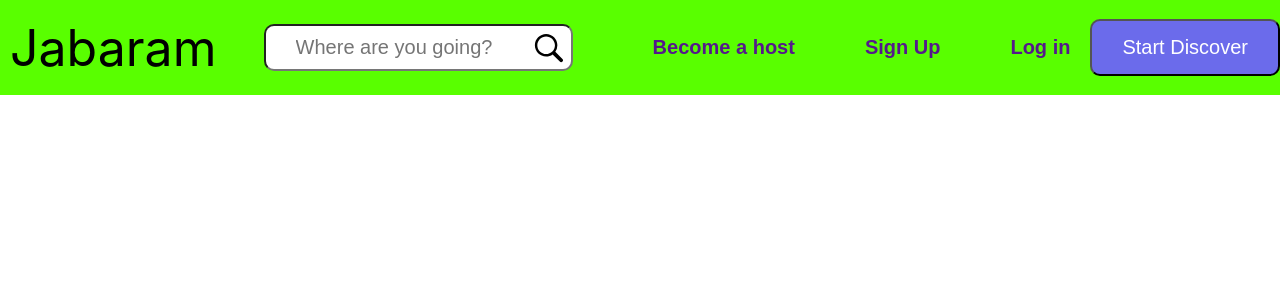
Repository: manahiang/Jabaram-web
Page: / (app in src/)
These files come from the project's save history. The page is drawn as it stood at one moment and after a run of saves; the edit follows.
The browser window is 1280 px wide. The pictures show the whole page.
The project was rebuilt for these pictures with package versions that can differ from the ones it lists, and the page was loaded fresh each time. Also part of the build but not shown: src/src/App.css.

Above is the page before, as saved 2022-11-30 10:05:56.

### src/src/index.css
body {
  margin: 0;
  padding: 0;
  font-family: -apple-system, BlinkMacSystemFont, 'Segoe UI', 'Roboto', 'Oxygen',
    'Ubuntu', 'Cantarell', 'Fira Sans', 'Droid Sans', 'Helvetica Neue',
    sans-serif;
  -webkit-font-smoothing: antialiased;
  -moz-osx-font-smoothing: grayscale;
}

code {
  font-family: source-code-pro, Menlo, Monaco, Consolas, 'Courier New',
    monospace;
}
.container{
  width: 100%;
  height: auto;
  background-color: rgb(227, 212, 194);
}
.header{
  max-width: 1780px;
  height: auto;
  background-color: rgb(89, 255, 0);
  margin: auto;
  display: flex;
  align-items: center;
  justify-content:space-between
}
.header ul li{
  display: inline-block;
  padding: 20px;
  margin-left: 20px;
  transition: all 0.5s;
}
.header ul li a{
  text-decoration: none;
  font-size: 20px;
  font-family:Arial, Helvetica, sans-serif;
  font-weight: 800;
 transition: all 0.5s;
 margin-left: 10px;
}
.header ul li:hover {
  color: rgb(41, 34, 34);
  background-color: rgb(195, 173, 173);
  border-radius: 10px;
}
.menu input{
  padding: 10px;
  outline: none;
  border-radius: 10px;
  padding-left: 30px;
  font-size: 20px;
}
.menu ul   button{
  font-size: 20px;
  background-color: rgb(107, 107, 235);
  color: white;
  padding: 15px;
  padding-left: 30px;
  padding-right: 30px;
  border-radius: 10px;
  outline: none;
  cursor: pointer;
}
.icon-search-Go{
  transform: translate(-40px,10px);
  transition: all 0.6s;
  font-size: 30px;
}
.icon-search-Go:hover{
  cursor: pointer;
  color: rgb(52, 49, 49);
}
/* Logo */

.logo{
  margin-left: 10px;
  font-size: 50px;
  cursor: pointer;
}

### src/src/App.js

import './App.css';
import'./index.css';
import Header from './header';

function App() {
  return (
    <>
    <Header/>
    </>
  );
}

export default App;

### src/src/header.js
import React from 'react'
import { GoSearch } from "react-icons/go";

function Header() {
    return (
        <div className='container'>
            <div className='header'>
                <div className='logo'>Jabaram</div>
                <div className='menu'>
                    <ul>
                        <input placeholder='Where are you going?' />
                        <GoSearch className='icon-search-Go'/>
                        <li><a href=''>Become a host</a></li>
                        <li><a href=''>Sign Up</a></li>
                        <li><a href=''>Log in</a></li>
                        <button>Start Discover</button>
                    </ul>
                </div>
            </div>
        </div>
    )
}

export default Header

Loaded but not shown: src/public/index.html (common file); src/src/index.js (common file); src/src/reportWebVitals.js (common file)

After the next 2 saves:
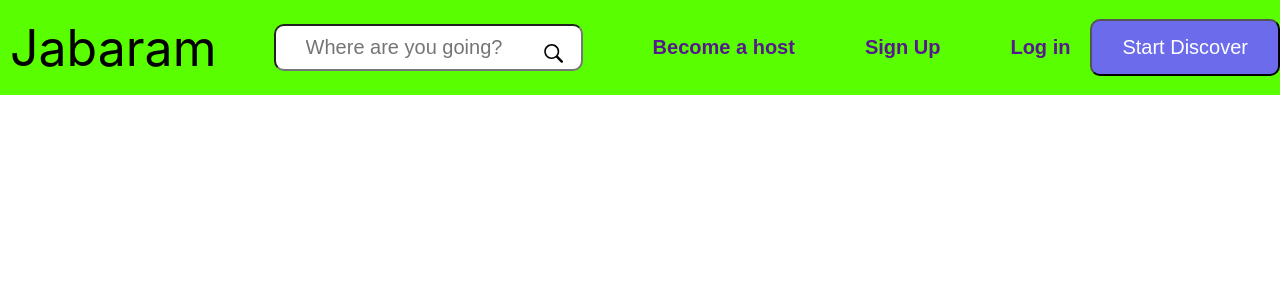
The 2 saves are shown as one change because they came seconds apart.
The last was saved 75 s later.
--- a/src/src/index.css
+++ b/src/src/index.css
@@ -66,7 +66,7 @@
 .icon-search-Go{
   transform: translate(-40px,10px);
   transition: all 0.6s;
-  font-size: 30px;
+  font-size: 20px;
 }
 .icon-search-Go:hover{
   cursor: pointer;

After the save that followed:
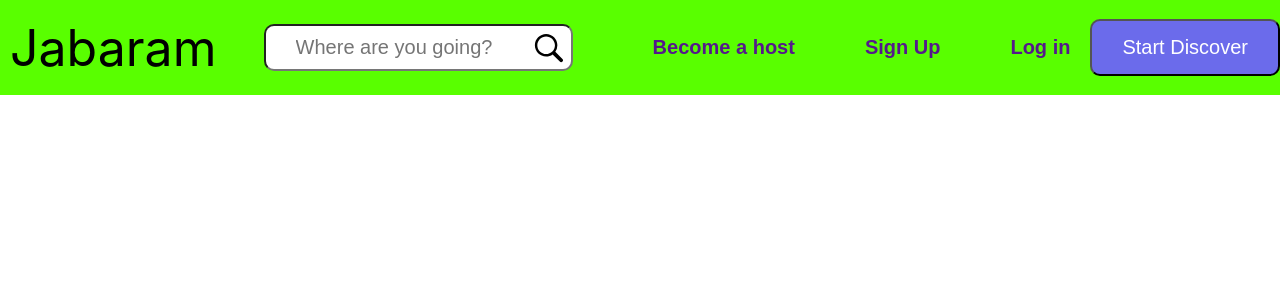
Saved 8 s later.
--- a/src/src/index.css
+++ b/src/src/index.css
@@ -66,7 +66,7 @@
 .icon-search-Go{
   transform: translate(-40px,10px);
   transition: all 0.6s;
-  font-size: 20px;
+  font-size: 30px;
 }
 .icon-search-Go:hover{
   cursor: pointer;
